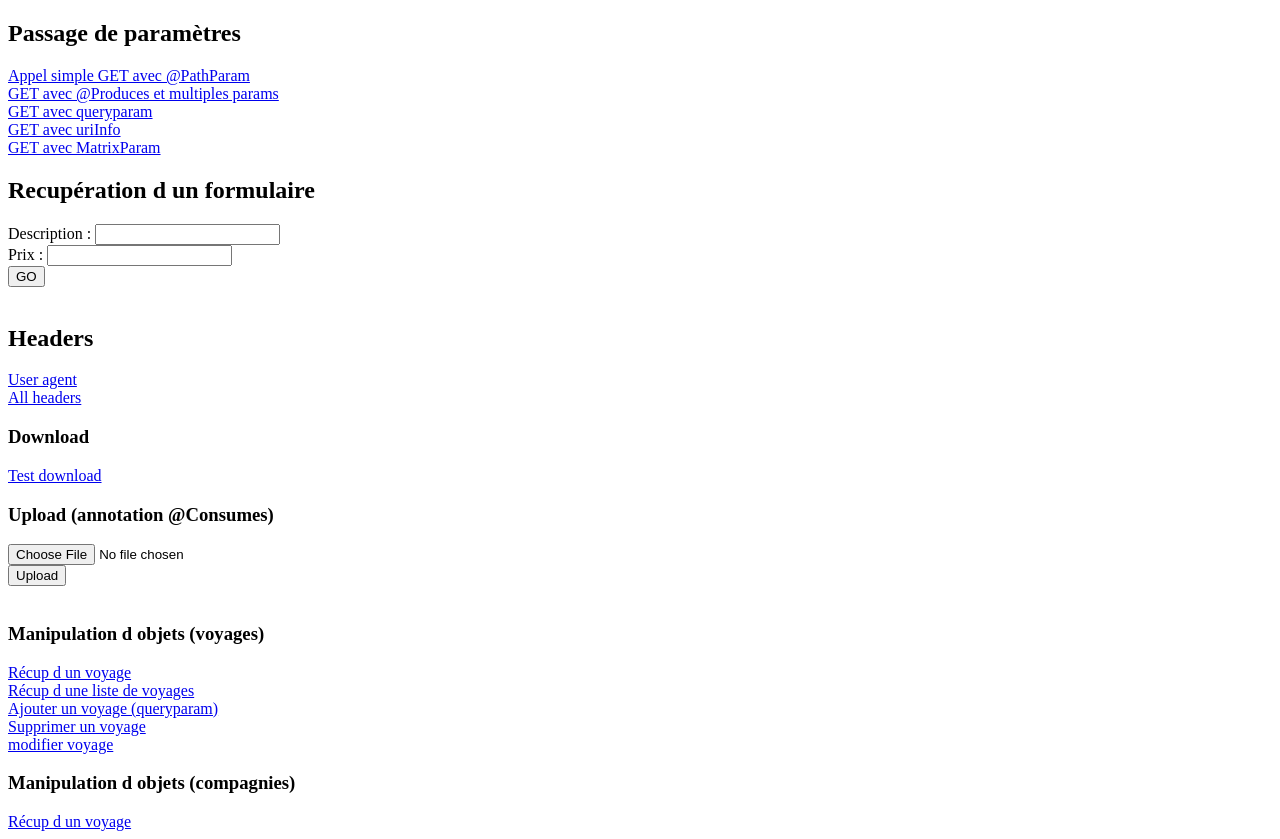
Repository: antoinebody/formationJee7
Page: http://localhost/projetRS/
These files come from the project's save history. The page is drawn as it stood at one moment and after the next save; the edit follows.
The browser window is 1280 px wide. The pictures show the whole page.
The page is served by Tomcat 9.

Above is the page before, as saved 2015-11-26 09:05:34.

After the next save:
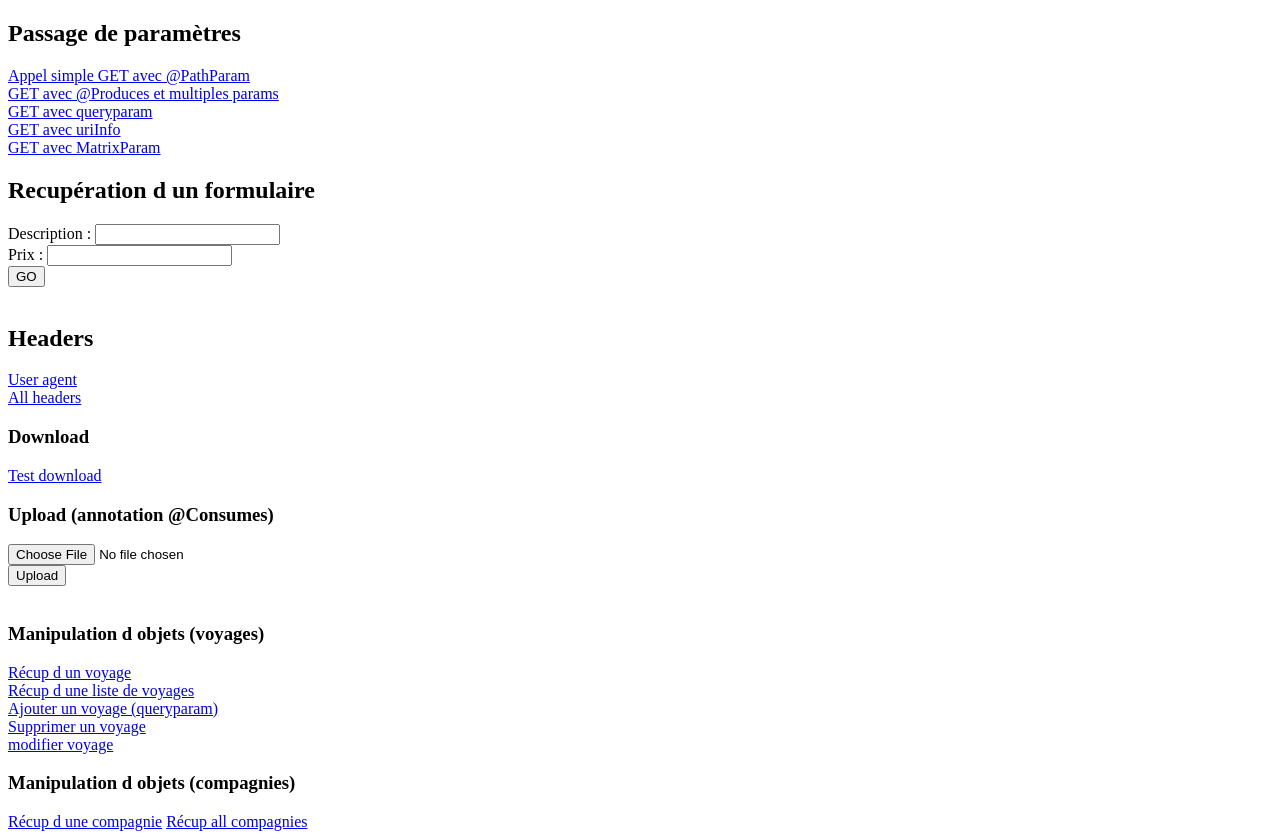
Saved 14 s later.
--- a/projetRS/WebContent/index.jsp
+++ b/projetRS/WebContent/index.jsp
@@ -59,7 +59,8 @@
 	<a href="rest/voyages/modify?voyage_id=1&ville_depart=paris&villeArrivee=singap&datedepart=13-01-2016">modifier voyage</a>
 
 	<h3>Manipulation d objets (compagnies)</h3>
-	<a href="rest/compagnies/1">Récup d un voyage</a>
+	<a href="rest/compagnies/1">Récup d une compagnie</a>
+	<a href="rest/compagnies/1">Récup all compagnies</a>
 	<br/>
 
 </body>
